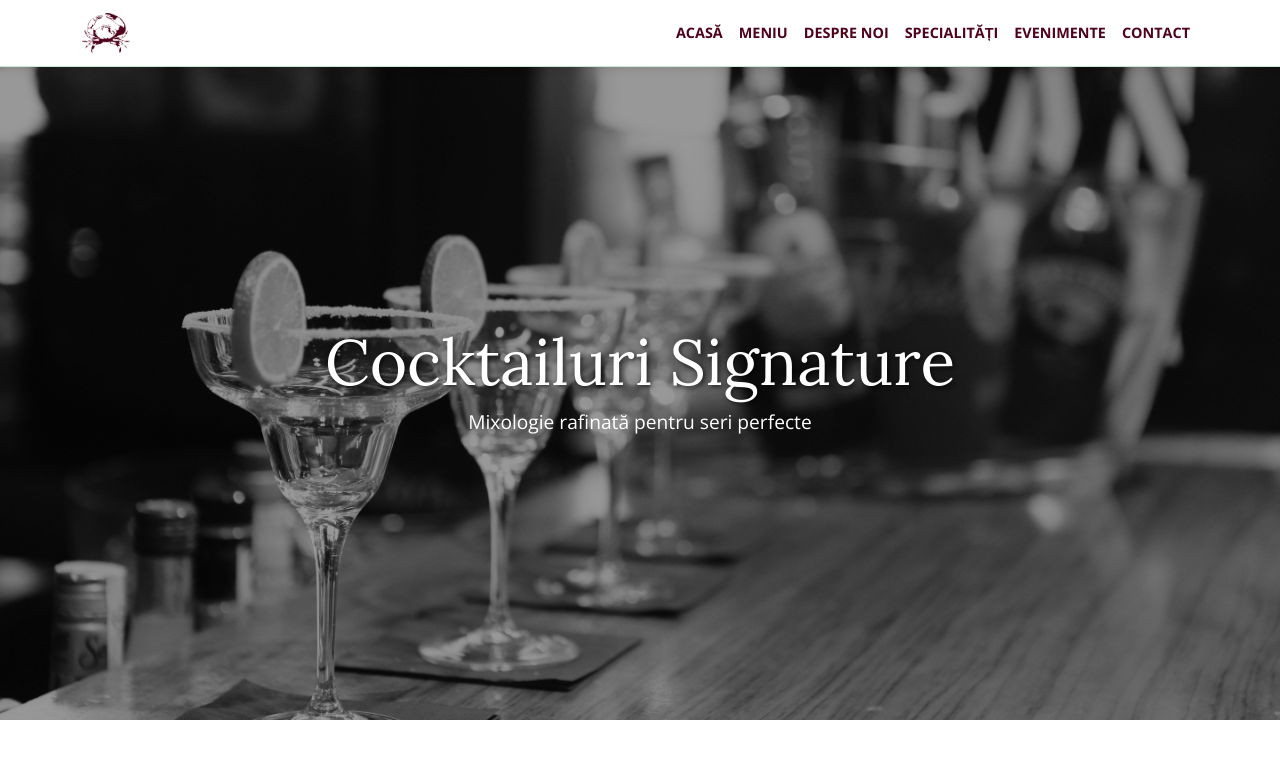
Repository: 912-Comsa-Teodora/bistrot-restaurant
Page: restaurant/index.html
The author's editor kept a copy of each file at every save. The page is drawn from the files as they stood at one save, then again after the next save.
The browser window is 1280 px wide. The pictures show the part of the page from y = 0 to 780 px (the page is 3084 px tall).
A picture or video elsewhere on the page could not be fetched, so the positions and the page height are approximate.

Above is the page before, as saved 2026-01-18 16:51:00.

After the next save:
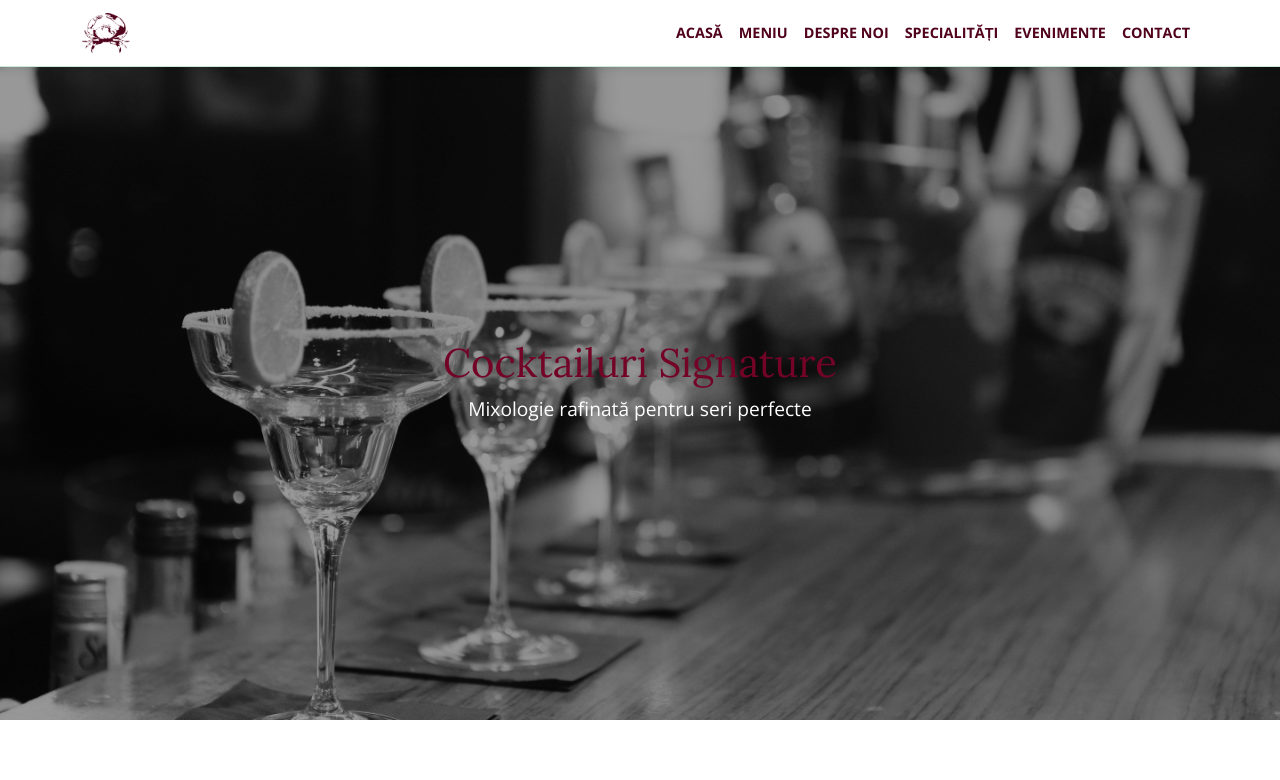
Saved 4 min 4 s later.
--- a/restaurant/index.html
+++ b/restaurant/index.html
@@ -24,7 +24,6 @@
         }
 
         body {
-            /* CHANGE 1: Applied Open Sans */
             font-family: 'Open Sans', sans-serif;
             color: var(--text-dark);
             padding-top: 65px;
@@ -32,7 +31,6 @@
         }
 
         h1, h2, h3, h4, h5 {
-            /* CHANGE 1: Applied Lora */
             font-family: 'Lora', serif;
             color: var(--primary-color);
         }
@@ -86,7 +84,6 @@
             color: #fff;
             text-shadow: 2px 2px 4px rgba(0,0,0,0.6);
         }
-
 
         section {
             padding: 80px 0;
@@ -132,14 +129,12 @@
         }
 
         .price-tag {
-            /* CHANGE 1 & 2: Font Lora + Italic */
             font-family: 'Lora', serif;
             font-size: 1.4rem;
             font-weight: 700;
             color: var(--primary-color);
-            font-style: italic; /* Added Italic */
-        }
-
+            font-style: italic;
+        }
 
         .badge-custom-primary {
             background-color: var(--primary-color) !important;
@@ -152,15 +147,12 @@
             font-weight: 700;
         }
 
-        /* EVENTS STYLING */
-        /* CHANGE 3: Wrapper for images to hold the text */
         .event-wrapper {
             position: relative;
             overflow: hidden;
-            border-radius: 0.375rem; /* Matches Bootstrap 'rounded' */
-        }
-
-        /* CHANGE 3: Text Overlay Style */
+            border-radius: 0.375rem;
+        }
+
         .event-text-overlay {
             position: absolute;
             top: 50%;
@@ -174,10 +166,9 @@
             width: 100%;
             text-align: center;
             z-index: 2;
-            pointer-events: none; /* Allows clicking through text if needed */
-        }
-
-        /* Optional: Darken image slightly to make text pop */
+            pointer-events: none;
+        }
+
         .event-wrapper img {
             transition: transform 0.3s ease;
         }
@@ -198,7 +189,6 @@
             }
         }
 
-
         footer {
             background-color: var(--primary-dark);
             color: #fff;
@@ -209,7 +199,6 @@
         footer h4 {
             color: var(--mint-color);
             margin-bottom: 20px;
-            /* CHANGE 2: Footer Titles Italic */
             font-style: italic;
         }
 
@@ -252,7 +241,6 @@
                             <a class="nav-link" href="#home">Acasă</a>
                         </li>
                         <li class="nav-item">
-                            <!-- LINK MODIFIED HERE TO OPEN PDF -->
                             <a class="nav-link" href="menu.pdf" target="_blank">Meniu</a>
                         </li>
                         <li class="nav-item">
@@ -279,7 +267,7 @@
                 <img src="pictures/restaurant-imagine-principala.jpg" class="d-block w-100" alt="Interior restaurant">
                 <div class="carousel-caption">
                     <p>Bine ați venit la</p>
-                    <h2>Bistrot Elegance</h2>
+                    <h1>Bistrot Elegance</h1>
                     <p>O experiență culinară de neuitat în inima orașului</p>
                 </div>
             </div>
@@ -287,7 +275,7 @@
             <div class="carousel-item" data-bs-interval="3000">
                 <img src="pictures/cover-bauturi.jpg" class="d-block w-100" alt="Bauturi">
                 <div class="carousel-caption">
-                    <h2>Cocktailuri Signature</h2>
+                    <h1>Cocktailuri Signature</h1>
                     <p>Mixologie rafinată pentru seri perfecte</p>
                 </div>
             </div>
@@ -295,7 +283,7 @@
             <div class="carousel-item" data-bs-interval="3000">
                 <img src="pictures/cover-mancare.jpg" class="d-block w-100" alt="Mancare">
                 <div class="carousel-caption">
-                    <h2>Gusturi Autentice</h2>
+                    <h1>Gusturi Autentice</h1>
                     <p>Preparate create cu pasiune din ingrediente locale</p>
                 </div>
             </div>
@@ -303,7 +291,7 @@
             <div class="carousel-item" data-bs-interval="3000">
                 <img src="pictures/cover-desert.jpg" class="d-block w-100" alt="Desert">
                 <div class="carousel-caption">
-                    <h2>Deserturi Artizanale</h2>
+                    <h1>Deserturi Artizanale</h1>
                     <p>Finalul dulce perfect pentru orice masă</p>
                 </div>
             </div>

After the save that followed:
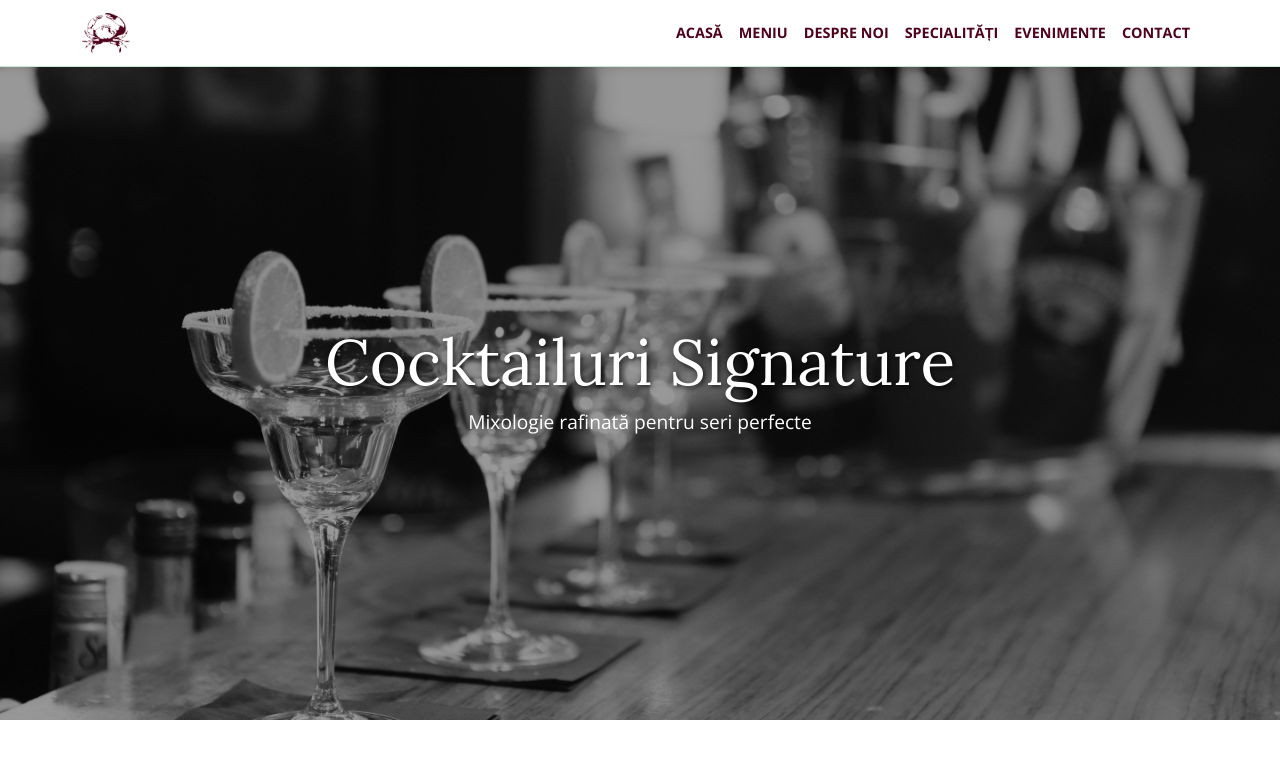
Saved 50 s later.
--- a/restaurant/index.html
+++ b/restaurant/index.html
@@ -79,7 +79,7 @@
             color: #fff;
         }
 
-        .carousel-caption h2 {
+        .carousel-caption h1 {
             font-size: 4rem;
             color: #fff;
             text-shadow: 2px 2px 4px rgba(0,0,0,0.6);
